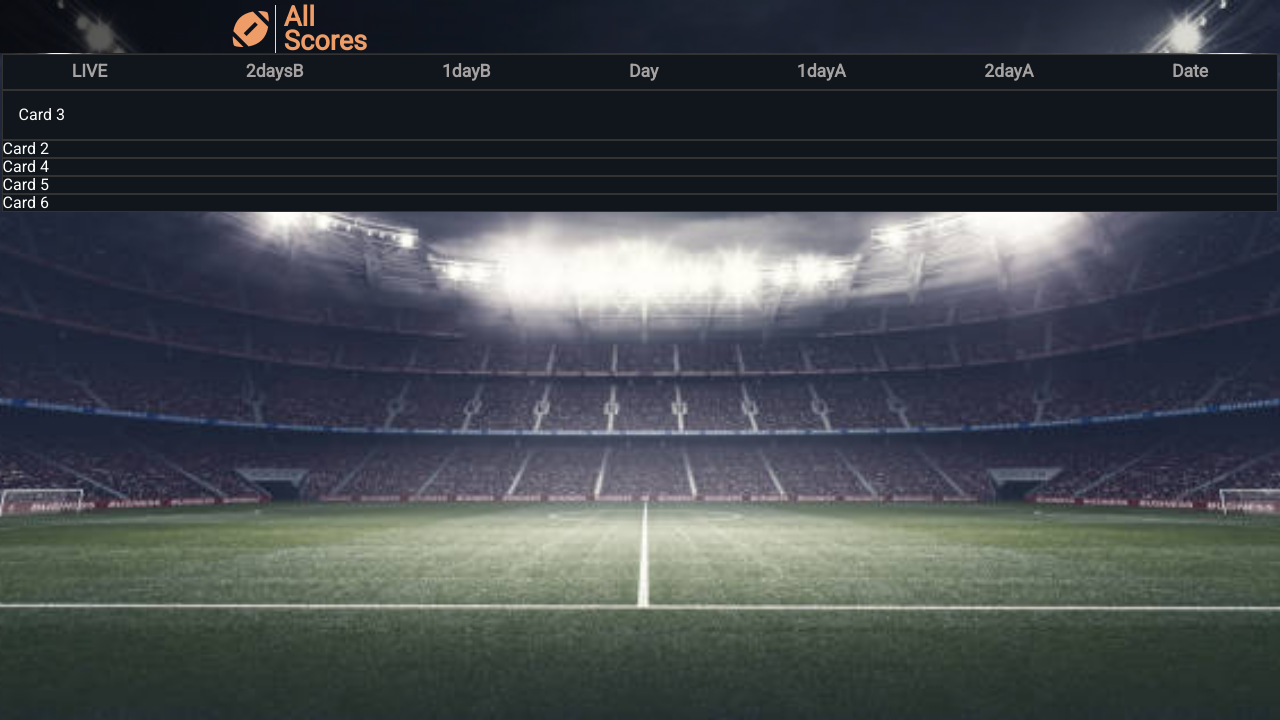
Repository: boomshakar/AllScores
Page: index.html
An editor plug-in stored every save of this project. The page is shown before and after the next save, followed by the edit.
The browser window is 1280 px wide. The pictures show the whole page.
The style sheet was rebuilt from its Sass, Less or Tailwind sources for each picture, by a compiler version that may differ from the author's.

Above is the page before, as saved 2021-03-30 02:35:15.

### index.html
<!DOCTYPE html>
<html lang="en">
  <head>
    <meta charset="UTF-8" />
    <meta http-equiv="X-UA-Compatible" content="IE=edge" />
    <meta name="viewport" content="width=device-width, initial-scale=1.0" />
    <title>All Scores</title>
    <link rel="stylesheet" href="css/main.css" />
    <link
      rel="stylesheet"
      href="https://fonts.googleapis.com/icon?family=Material+Icons"
    />
  </head>
  <body>
    <header>
      <a href="index.html" class="head-name__logo">
        <span class="material-icons md-48">sports_football</span>
        <h1>All<br />Scores</h1>
      </a>
      <ul class="head-name">
        <a href="index.html"
          ><li class="head-name__mob active">
            <span class="material-icons md-36">sports_soccer</span>
            <h3>Soccer</h3>
          </li></a
        >
        <a href="#"
          ><li class="head-name__mob">
            <span class="material-icons md-36">sports_basketball</span>
            <h3>Basket</h3>
          </li></a
        >
        <a href="#"
          ><li class="head-name__mob">
            <span class="material-icons md-36">golf_course</span>
            <h3>Golf</h3>
          </li></a
        >
        <a href="#"
          ><li class="head-name__mob">
            <span class="material-icons md-36">sports_tennis</span>
            <h3>Tennis</h3>
          </li></a
        >
      </ul>
      <div class="menu-btn">
        <span class="menu-btn__burger"></span>
      </div>
      <nav class="nav">
        <ul class="menu-nav">
          <div class="menu-nav__time">
            Lorem ipsum, dolor sit amet consectetur adipisicing elit. Qui
            quidem, dignissimos asperiores totam nesciunt laborum at consectetur
            nam temporibus ea.
          </div>
          <li class="menu-nav__item active">
            <a href="index.html" class="menu-nav__link">Soccer</a>
          </li>
          <li class="menu-nav__item">
            <a href="#" class="menu-nav__link">Basketball</a>
          </li>
          <li class="menu-nav__item">
            <a href="#" class="menu-nav__link">Tennis</a>
          </li>
          <li class="menu-nav__item">
            <a href="#" class="menu-nav__link">Hockey</a>
          </li>
          <li class="menu-nav__item">
            <a href="#" class="menu-nav__link">Golf</a>
          </li>
          <li class="menu-nav__item">
            <a href="#" class="menu-nav__link">Basketball</a>
          </li>
          <li class="menu-nav__item">
            <a href="#" class="menu-nav__link">Tennis</a>
          </li>
          <li class="menu-nav__item">
            <a href="#" class="menu-nav__link">Hockey</a>
          </li>
          <li class="menu-nav__item">
            <a href="#" class="menu-nav__link">Golf</a>
          </li>
          <li class="menu-nav__item">
            <a href="#" class="menu-nav__link">Basketball</a>
          </li>
          <li class="menu-nav__item">
            <a href="#" class="menu-nav__link">Tennis</a>
          </li>
          <li class="menu-nav__item">
            <a href="#" class="menu-nav__link">Hockey</a>
          </li>
          <li class="menu-nav__item">
            <a href="#" class="menu-nav__link">Golf</a>
          </li>
          <div class="menu-nav__foot">
            Lorem ipsum dolor sit amet consectetur adipisicing elit. Quisquam
            quod neque provident ex cumque adipisci, iusto, tempora quibusdam
            maxime, magni autem perferendis? Quibusdam, tenetur. Laudantium,
            velit reiciendis deleniti perferendis nesciunt vitae dolores itaque
            aut voluptas dolor veritatis. Optio ducimus consectetur nisi sequi,
            nesciunt id quis mollitia, laborum voluptates necessitatibus modi.
          </div>
        </ul>
      </nav>
    </header>
    <div class="grid-contain">
      <span class="card">
        <div class="date-select">
          <a href="#" class="date-select__link"
            ><div class="date-select__match">LIVE</div></a
          >
          <a href="#" class="date-select__link"
            ><div class="date-select__match">2daysB</div></a
          >
          <a href="#" class="date-select__link"
            ><div class="date-select__match">1dayB</div></a
          >
          <a href="#" class="date-select__link"
            ><div class="date-select__match">Day</div></a
          >
          <a href="#" class="date-select__link"
            ><div class="date-select__match">1dayA</div></a
          >
          <a href="#" class="date-select__link"
            ><div class="date-select__match">2dayA</div></a
          >
          <a href="#" class="date-select__link"
            ><div class="date-select__match">Date</div></a
          >
        </div>
      </span>
      <div class="card">Card 2</div>
      <div class="card">Card 3</div>
      <div class="card">Card 4</div>
      <div class="card">Card 5</div>
      <div class="card">Card 6</div>
    </div>
  </body>
  <script src="main.js"></script>
</html>

### main.js
const menuBtn = document.querySelector(".menu-btn");
const menuBurger = document.querySelector(".menu-btn__burger");
const nav = document.querySelector(".nav");
const headName = document.querySelector(".head-name");
const menuNav = document.querySelector(".menu-nav");
const menuNavList = document.querySelectorAll(".menu-nav__item");

let menuOpen = false;

menuBtn.addEventListener("click", toggleMenu);

function toggleMenu() {
  if (!menuOpen) {
    menuBurger.classList.add("open");
    nav.classList.add("open");
    headName.classList.add("open");
    menuNav.classList.add("open");
    menuNavList.forEach((item) => item.classList.add("open"));

    menuOpen = true;
  } else {
    menuBurger.classList.remove("open");
    nav.classList.remove("open");
    headName.classList.remove("open");
    menuNav.classList.remove("open");
    menuNavList.forEach((item) => item.classList.remove("open"));

    menuOpen = false;
  }
}

### scss/main.scss
@import "config";
@import "menu";
@import "home";
@import "responsive";

body {
  position: relative;
  background: $primary-color;
  color: $text-color;
  height: 100vh;
  font-family: "Roboto", "Segoe UI", Tahoma, Verdana, sans-serif;
  line-height: 1;
  background: url(../img/stadium3.jpg);
  background-size: cover;
  background-repeat: no-repeat;
  background-position: center;
  background-attachment: fixed;
}

header {
  display: flex;
  z-index: 2;
  background: linear-gradient(to right, rgba(#000, 0.7), rgba(#000, 0.1)),
    url(../img/head.jpg);
  background-size: cover;
  background-repeat: no-repeat;
  position: fixed;
  width: 100vw;
  padding-top: 0.3rem;

  a {
    color: $secondary-color;
  }
}

### scss/_config.scss
$primary-color: #24303a;
$secondary-color: #ee9d68;
$text-color: #fae56f;
$text-color2: rgb(167, 162, 162);

* {
  box-sizing: border-box;
  margin: 0;
  padding: 0;
  outline: 0;
  list-style: none;
}
a {
  text-decoration: none;
}

@import url("https://fonts.googleapis.com/css2?family=Roboto&display=swap");

@mixin transition-mix {
  transition: all 0.5s ease-in-out;
}

@mixin media-xxsm {
  @media screen and (max-width: 313px) {
    @content;
    ul.head-name {
      visibility: hidden;
    }
  }
}

@mixin media-xsm {
  @media screen and (min-width: 314px) and (max-width: 359px) {
    @content;
  }
}

@mixin media-sm {
  @media screen and (min-width: 360px) and (max-width: 399px) {
    @content;
  }
}

@mixin media-smd {
  @media screen and (min-width: 400px) {
    @content;
  }
}

@mixin media-md {
  @media screen and (min-width: 500px) {
    @content;
  }
}

@mixin media-lg {
  @media screen and (min-width: 700px) {
    @content;
  }
}

@mixin media-xl {
  @media screen and (min-width: 1000px) {
    @content;
  }
}

### scss/_menu.scss
.menu-btn {
  position: fixed;
  z-index: 1;
  width: 28px;
  height: 20px;
  top: 0.8rem;
  right: 0.7rem;
  background: transparent;
  cursor: pointer;
  @include transition-mix;
  &__burger {
    position: absolute;
    width: 20px;
    height: 3px;
    right: 0.5rem;
    top: 0.5rem;
    background: pink;
    border-radius: 5px;
    @include transition-mix;

    &::before {
      content: "";
      position: absolute;
      width: 28px;
      height: 3px;
      top: -8px;
      background: $text-color;
      border-radius: 5px;
      @include transition-mix;
    }

    &::after {
      content: "";
      position: absolute;
      width: 28px;
      height: 3px;
      top: 8px;
      background: $text-color;
      border-radius: 5px;
      @include transition-mix;
    }

    &.open {
      transform: rotate(720deg);
      background: transparent;

      &::before {
        transform: rotate(45deg) translate(5px, 8px);
        background: $secondary-color;
      }
      &::after {
        transform: rotate(-45deg) translate(3px, -7px);
        background: $secondary-color;
      }
    }
  }
}
nav {
  position: fixed;
  top: 0;
  left: 0;
  width: 100vw;
  visibility: hidden;
  &.open {
    visibility: visible;
  }
}

.menu-nav {
  display: grid;
  grid-template-columns: 1fr;
  grid-template-rows: 1fr;
  width: 100vw;
  height: 100vh;
  top: 50px;
  left: 0;
  right: 0;
  bottom: 0;
  overflow-y: scroll;
  overflow-x: hidden;
  background: $primary-color;
  opacity: 0.97;
  transform: translateY(-100%);
  @include transition-mix;

  &.open {
    transform: translateY(0);
  }
  &__time {
    padding: 1.5rem 1.5rem 1rem 1.5rem;
    line-height: 1.2;
    font-size: 12px;
  }

  &__item {
    transform: translateX(100vw);
    border-bottom: 1px solid rgb(102, 96, 96);
    @include transition-mix;
    &:nth-of-type(1) {
      border-top: 1px solid rgb(102, 96, 96);
    }
    &.open {
      transform: translateX(0);
    }
    &.active > a {
      color: $secondary-color;
    }
  }

  &__link {
    display: grid;
    font-size: 1.1rem;
    padding: 0.7rem 0;
    font-weight: 600;
    text-transform: uppercase;
    text-align: center;
    color: rgb(167, 162, 162);
    @include transition-mix;

    &:hover {
      color: $secondary-color;
    }
  }

  &__foot {
    padding: 2rem 1.5rem 200px 1.5rem;
    font-size: 12px;
  }
}

@for $f from 1 through 14 {
  .menu-nav__item:nth-child(#{$f}) {
    transition-delay: ($f * 0.1s) + 0.05s;
  }
}

### scss/_home.scss
.grid-contain {
  padding: 3.4rem 0.1rem 1.5rem 0.1rem;
  display: grid;
  grid-template-columns: 1fr;

  .card {
    background: darken($primary-color, 10%);
    border: 1px solid #333;
    color: #fff;

    &:nth-child(1) {
      //date selector
      grid-column: 1 / 1;
      grid-row: 1/ 2;
      .date-select {
        display: flex;
        flex-direction: row;
        justify-content: space-around;
        &__link {
          color: $text-color2;
          padding: 0.5rem 1rem;
          font-size: 1.1rem;
          font-weight: 600;
        }
      }
    }

    &:nth-child(2) {
      //left side
      grid-column: 1;
      grid-row: 3 / 4;
    }

    &:nth-child(3) {
      //main menu
      grid-column: 1;
      grid-row: 2 / 3;
      padding: 1rem;
    }

    &:nth-child(4) {
      //right side
      grid-column: 1;
      grid-row: 4 / 5;
    }

    &:nth-child(5) {
      //stciky ad below
      grid-column: 1;
      grid-row: 5 / 6;
    }

    &:nth-child(6) {
      //footer
      grid-column: 1;
      grid-row: 6 / 7;
    }
  }
}

### scss/_responsive.scss
@include media-xxsm {
  header {
    height: 2.8rem;
    justify-content: space-between;
    .head-name__logo {
      display: flex;
      flex-direction: row;
      cursor: pointer;
      &:hover > .material-icons {
        color: $text-color;
      }

      .material-icons {
        font-size: 2.5rem;
        align-items: center;
        cursor: pointer;
        @include transition-mix;
      }
      h1 {
        font-weight: 800;
        border-left: 1px solid $text-color;
        line-height: 1.3rem;
        padding: 0 0.5rem;
        font-size: 1.1rem;
        cursor: pointer;
      }
    }
  }
}

@include media-xsm {
  header {
    justify-content: space-between;
    .head-name__logo {
      display: flex;
      flex-direction: row;
      cursor: pointer;
      height: 2.5rem;
      &:hover > .material-icons {
        color: $text-color;
      }

      .material-icons {
        font-size: 2.5rem;
        align-items: center;
        cursor: pointer;
        @include transition-mix;
      }
      h1 {
        font-weight: 800;
        border-left: 1px solid $text-color;
        line-height: 1.3rem;
        padding: 0 0.5rem;
        font-size: 1.1rem;
        cursor: pointer;
      }
    }
    ul.head-name {
      display: flex;
      flex-direction: row;
      margin-right: 2rem;
      &.open {
        visibility: hidden;
      }

      .head-name__mob {
        border-left: 1px solid $text-color2;
        padding: 0 0.2rem;
        text-align: center;
        width: 3rem;
        @include transition-mix;
        &.active {
          background: linear-gradient(
            to right,
            rgba(#fff, 0.3),
            rgba(#fff, 0.1)
          );
          color: $text-color;
          border-radius: 5px;
          border-left: 1px solid $text-color;
        }
        &:hover > .material-icons {
          color: $text-color;
        }
      }
      .material-icons {
        font-size: 1.3rem;
        cursor: pointer;
        @include transition-mix;
      }
      h3 {
        font-size: 0.7rem;
      }
    }
    .menu-btn {
      right: -0.3rem;
    }
  }
}

@include media-sm {
  header {
    justify-content: space-between;
    .head-name__logo {
      display: flex;
      flex-direction: row;
      cursor: pointer;
      height: 2.5rem;
      &:hover > .material-icons {
        color: $text-color;
      }

      .material-icons {
        font-size: 2.5rem;
        align-items: center;
        cursor: pointer;
        @include transition-mix;
      }
      h1 {
        font-weight: 800;
        border-left: 1px solid $text-color;
        line-height: 1.3rem;
        padding: 0 0.5rem;
        font-size: 1.1rem;
        cursor: pointer;
      }
    }
    ul.head-name {
      display: flex;
      flex-direction: row;
      margin-right: 2rem;
      &.open {
        visibility: hidden;
      }

      .head-name__mob {
        border-left: 1px solid $text-color2;
        padding: 0 0.5rem;
        text-align: center;
        width: 3.3rem;
        &.active {
          background: linear-gradient(
            to right,
            rgba(#fff, 0.3),
            rgba(#fff, 0.1)
          );
          color: $text-color;
          border-radius: 5px;
          border-left: 1px solid $text-color;
        }
        &:hover > .material-icons {
          color: $text-color;
        }
      }
      .material-icons {
        font-size: 1.3rem;
        cursor: pointer;
        @include transition-mix;
      }
      h3 {
        font-size: 0.8rem;
      }
    }
    .menu-btn {
      right: 0.3rem;
    }
  }
}

@include media-smd {
  header {
    justify-content: space-between;
    .head-name__logo {
      display: flex;
      flex-direction: row;
      cursor: pointer;
      &:hover > .material-icons {
        color: $text-color;
      }

      .material-icons {
        font-size: 3rem;
        align-items: center;
        cursor: pointer;
        @include transition-mix;
      }
      h1 {
        font-weight: 800;
        border-left: 1px solid $text-color;
        line-height: 1.5rem;
        padding: 0 0.5rem;
        font-size: 1.4rem;
        cursor: pointer;
      }
    }
    ul.head-name {
      display: flex;
      flex-direction: row;
      margin-right: 2rem;
      &.open {
        visibility: hidden;
      }

      .head-name__mob {
        border-left: 1px solid $text-color2;
        padding: 0 0.3rem;
        text-align: center;
        width: 3.4rem;
        @include transition-mix;
        &.active {
          background: linear-gradient(
            to right,
            rgba(#fff, 0.3),
            rgba(#fff, 0.1)
          );
          color: $text-color;
          border-radius: 5px;
          border-left: 1px solid $text-color;
        }
        &:hover > .material-icons {
          color: $text-color;
        }
      }
      .material-icons {
        font-size: 1.7rem;
        cursor: pointer;
        @include transition-mix;
      }
      h3 {
        font-size: 0.8rem;
      }
    }
    .menu-btn {
      top: 1.2rem;
      right: 0.4rem;
    }
  }
}

@include media-md {
  header {
    justify-content: space-between;
    .head-name__logo {
      display: flex;
      flex-direction: row;
      cursor: pointer;
      &:hover > .material-icons {
        color: $text-color;
      }

      .material-icons {
        font-size: 3rem;
        align-items: center;
        cursor: pointer;
        @include transition-mix;
      }
      h1 {
        font-weight: 800;
        border-left: 1px solid $text-color;
        line-height: 1.5rem;
        padding: 0 0.5rem;
        font-size: 1.7rem;
        cursor: pointer;
      }
    }
    ul.head-name {
      display: flex;
      flex-direction: row;
      margin-right: 5rem;
      &.open {
        visibility: hidden;
      }

      .head-name__mob {
        border-left: 1px solid $text-color2;
        padding: 0 0.5rem;
        text-align: center;
        width: 3.8rem;
        @include transition-mix;
        &.active {
          background: linear-gradient(
            to right,
            rgba(#fff, 0.3),
            rgba(#fff, 0.1)
          );
          color: $text-color;
          border-radius: 5px;
          border-left: 1px solid $text-color;
        }
        &:hover > .material-icons {
          color: $text-color;
        }
      }
      .material-icons {
        font-size: 1.7rem;
        cursor: pointer;
        @include transition-mix;
      }
      h3 {
        font-size: 0.8rem;
      }
    }
  }
}

@include media-lg {
  header {
    justify-content: space-evenly;
    .head-name__logo {
      display: flex;
      flex-direction: row;
      cursor: pointer;
      margin-right: 8rem;
      &:hover > .material-icons {
        color: $text-color;
      }

      .material-icons {
        font-size: 3rem;
        align-items: center;
        cursor: pointer;
        @include transition-mix;
      }
      h1 {
        font-weight: 800;
        border-left: 1px solid $text-color;
        line-height: 1.5rem;
        padding: 0 0.5rem;
        font-size: 1.7rem;
        cursor: pointer;
      }
    }
    ul.head-name {
      display: flex;
      flex-direction: row;
      &.open {
        visibility: hidden;
      }

      .head-name__mob {
        border-left: 1px solid $text-color2;
        padding: 0 0.3rem;
        text-align: center;
        width: 3.8rem;
        &.active {
          background: linear-gradient(
            to right,
            rgba(#fff, 0.3),
            rgba(#fff, 0.1)
          );
          color: $text-color;
          border-radius: 5px;
          border-left: 1px solid $text-color;
        }
        &:hover > .material-icons {
          color: $text-color;
        }
      }
      .material-icons {
        font-size: 1.7rem;
        cursor: pointer;
        @include transition-mix;
      }
      h3 {
        font-size: 0.8rem;
      }
    }
    .menu-btn {
      visibility: hidden;
    }
  }
}

@include media-xl {
  header {
    justify-content: space-evenly;
    .head-name__logo {
      display: flex;
      flex-direction: row;
      cursor: pointer;
      margin-right: 8rem;
      &:hover > .material-icons {
        color: $text-color;
      }

      .material-icons {
        font-size: 3rem;
        align-items: center;
        cursor: pointer;
        @include transition-mix;
      }
      h1 {
        font-weight: 800;
        border-left: 1px solid $text-color;
        line-height: 1.5rem;
        padding: 0 0.5rem;
        font-size: 1.7rem;
        cursor: pointer;
      }
    }
    ul.head-name {
      display: flex;
      flex-direction: row;
      &.open {
        visibility: hidden;
      }

      .head-name__mob {
        border-left: 1px solid $text-color2;
        padding: 0 0.3rem;
        text-align: center;
        width: 3.8rem;
        &.active {
          background: linear-gradient(
            to right,
            rgba(#fff, 0.3),
            rgba(#fff, 0.1)
          );
          color: $text-color;
          border-radius: 5px;
          border-left: 1px solid $text-color;
        }
        &:hover > .material-icons {
          color: $text-color;
        }
      }
      .material-icons {
        font-size: 1.7rem;
        cursor: pointer;
        @include transition-mix;
      }
      h3 {
        font-size: 0.8rem;
      }
    }
  }
}

After the next save:
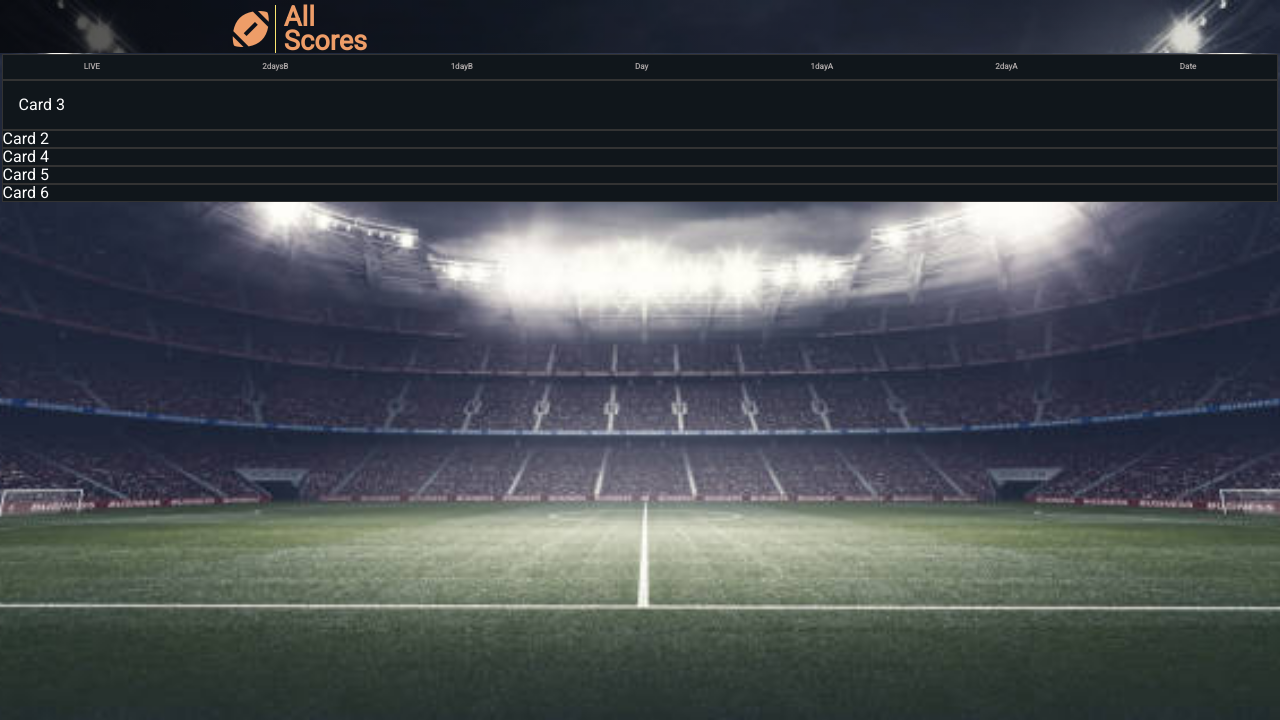
Saved 45 s later.
--- a/scss/_home.scss
+++ b/scss/_home.scss
@@ -19,7 +19,7 @@
         &__link {
           color: $text-color2;
           padding: 0.5rem 1rem;
-          font-size: 1.1rem;
+          font-size: 0.5rem;
           font-weight: 600;
         }
       }
